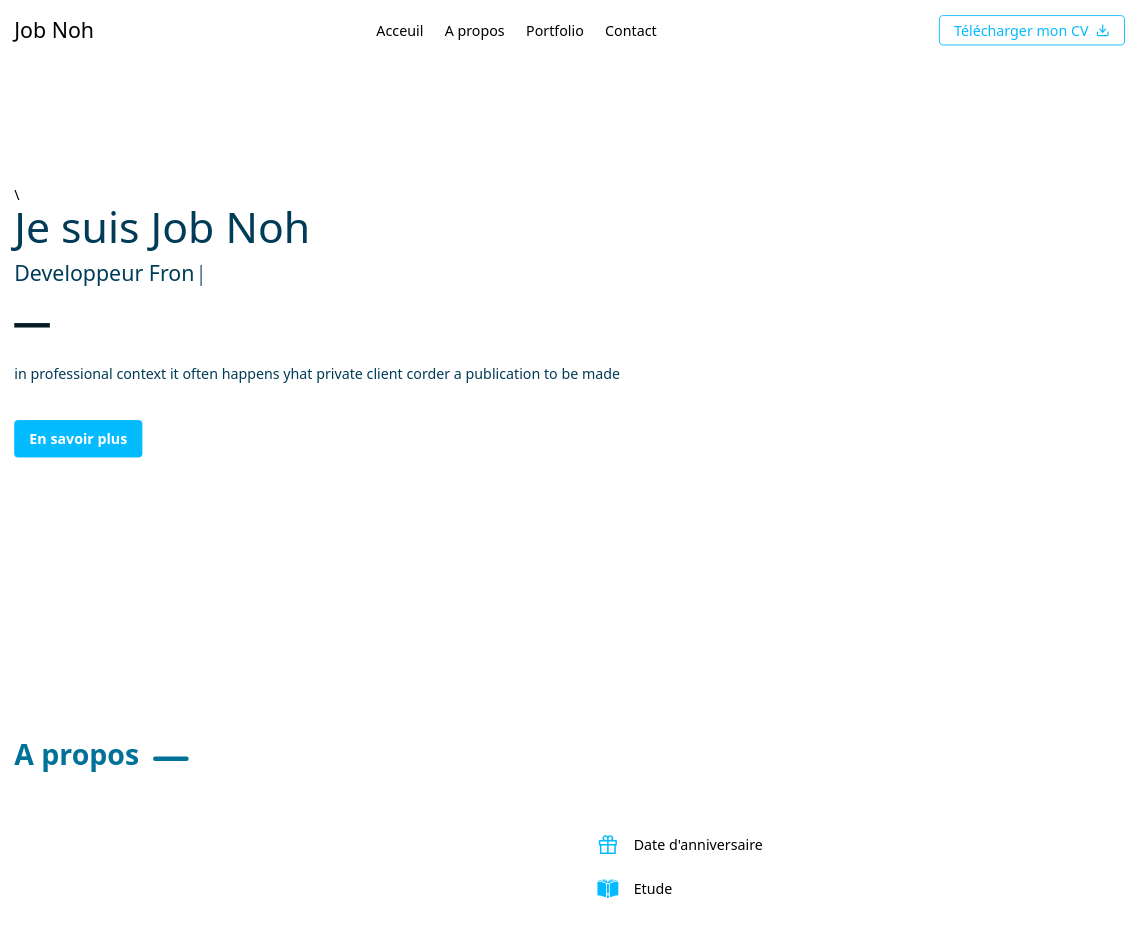
Repository: anoy1010/Nextportfolio
Page: /
An editor plug-in stored every save of this project. The page is shown before and after the next save, followed by the edit.
The browser window is 1280 px wide. The pictures show the whole page, at 89% of full size.
Backgrounds fixed to the window are drawn as part of the page. The project was rebuilt for these pictures with package versions that can differ from the ones it lists, and the page was loaded fresh each time. The framework's server and built-in components were replaced by stand-ins that run in the browser. Also part of the build but not shown: next.config.js, styles/Home.module.css.

Above is the page before, as saved 2023-03-06 17:38:25.

After the next save:
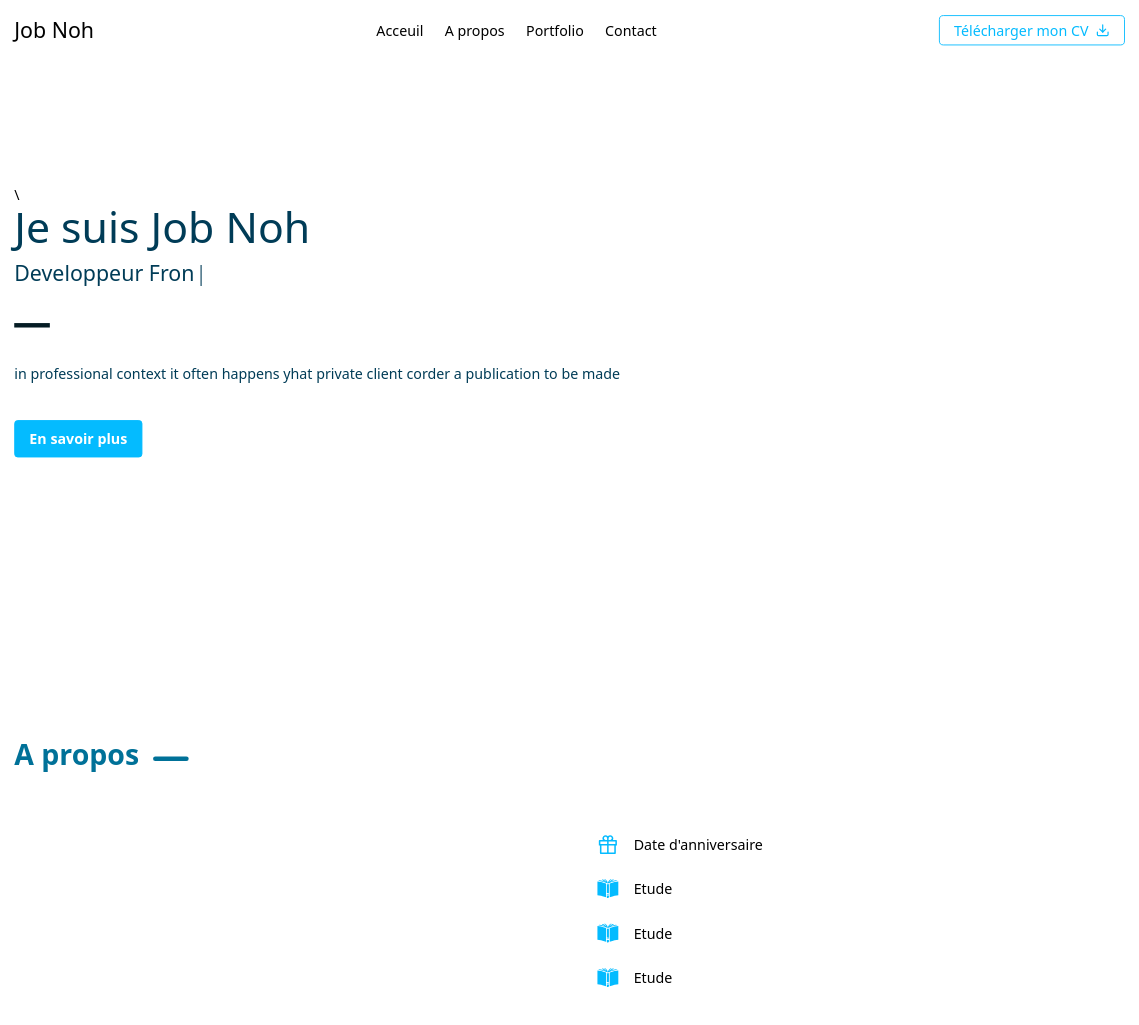
Saved 25 s later.
--- a/components/About.js
+++ b/components/About.js
@@ -1,5 +1,7 @@
 import React from 'react'
 import Heading from './Heading'
+
+
 import {AiOutlineGift} from 'react-icons/ai'
 import {GiBookCover} from 'react-icons/gi'
 
@@ -26,6 +28,14 @@ const About = () => {
                             <GiBookCover className='text-[#04bbff] text-[26px]' />
                             Etude
                         </div>
+                        <div className='flex gap-4 items-center font-medium '>
+                            <GiBookCover className='text-[#04bbff] text-[26px]' />
+                            Etude
+                        </div>
+                        <div className='flex gap-4 items-center font-medium '>
+                            <GiBookCover className='text-[#04bbff] text-[26px]' />
+                            Etude
+                        </div>
 
                     </div>
                 </div>
